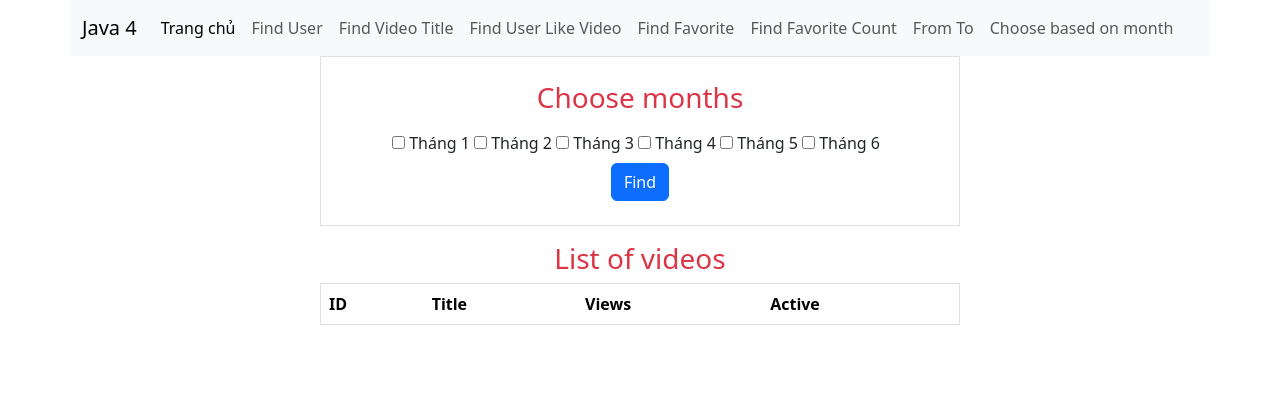
Repository: DanielNine9/java_servlet
Page: http://localhost/lab6/find/choose-month
These files come from the project's save history. The page is drawn as it stood at one moment and after the next save; the edit follows.
The browser window is 1280 px wide. The pictures show the whole page.
The page is served by Tomcat 9.

Above is the page before, as saved 2024-07-17 09:40:03.

After the next save:
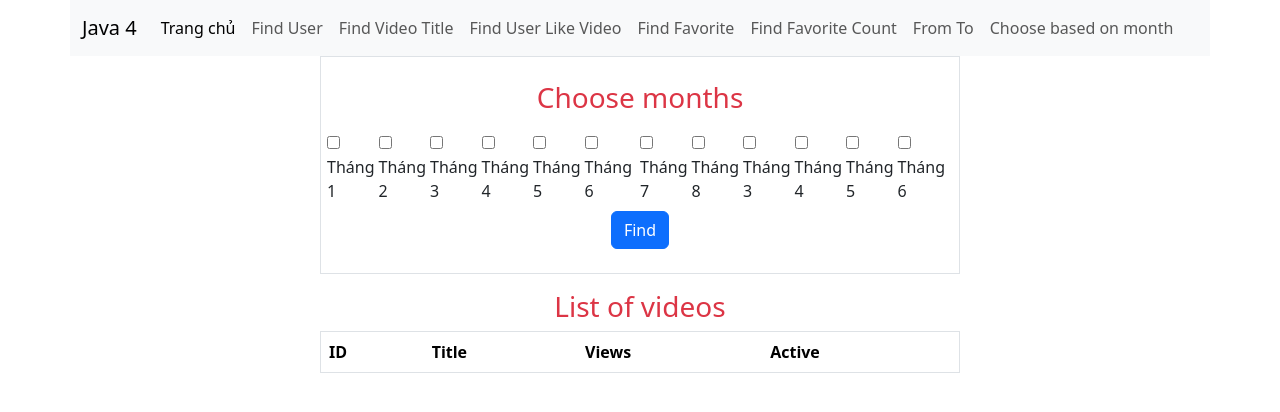
Saved 100 s later.
--- a/lab6/src/main/webapp/lab6/chooseMonth.jsp
+++ b/lab6/src/main/webapp/lab6/chooseMonth.jsp
@@ -22,12 +22,38 @@
 		<div class="d-flex gap-2 py-2 justify-content-center">
 			<div class="d-flex gap-1">
 				<div>
-					<input type="checkbox" id="1"> <label for="1">Tháng
+					<input name="months" type="checkbox" id="1"> <label for="1">Tháng
 						1</label>
 				</div>
 				<div>
 					<input type="checkbox" id="2"> <label for="2">Tháng
 						2</label>
+				</div>
+				<div>
+					<input type="checkbox" id="3"> <label for="3">Tháng
+						3</label>
+				</div>
+				<div>
+					<input type="checkbox" id="1"> <label for="4">Tháng
+						4</label>
+				</div>
+				<div>
+					<input type="checkbox" id="5"> <label for="5">Tháng
+						5</label>
+				</div>
+				<div>
+					<input type="checkbox" id="6"> <label for="6">Tháng
+						6</label>
+				</div>
+			</div>
+			<div class="d-flex gap-1">
+				<div>
+					<input type="checkbox" id="7"> <label for="7">Tháng
+						7</label>
+				</div>
+				<div>
+					<input type="checkbox" id="8"> <label for="8">Tháng
+						8</label>
 				</div>
 				<div>
 					<input type="checkbox" id="3"> <label for="3">Tháng
